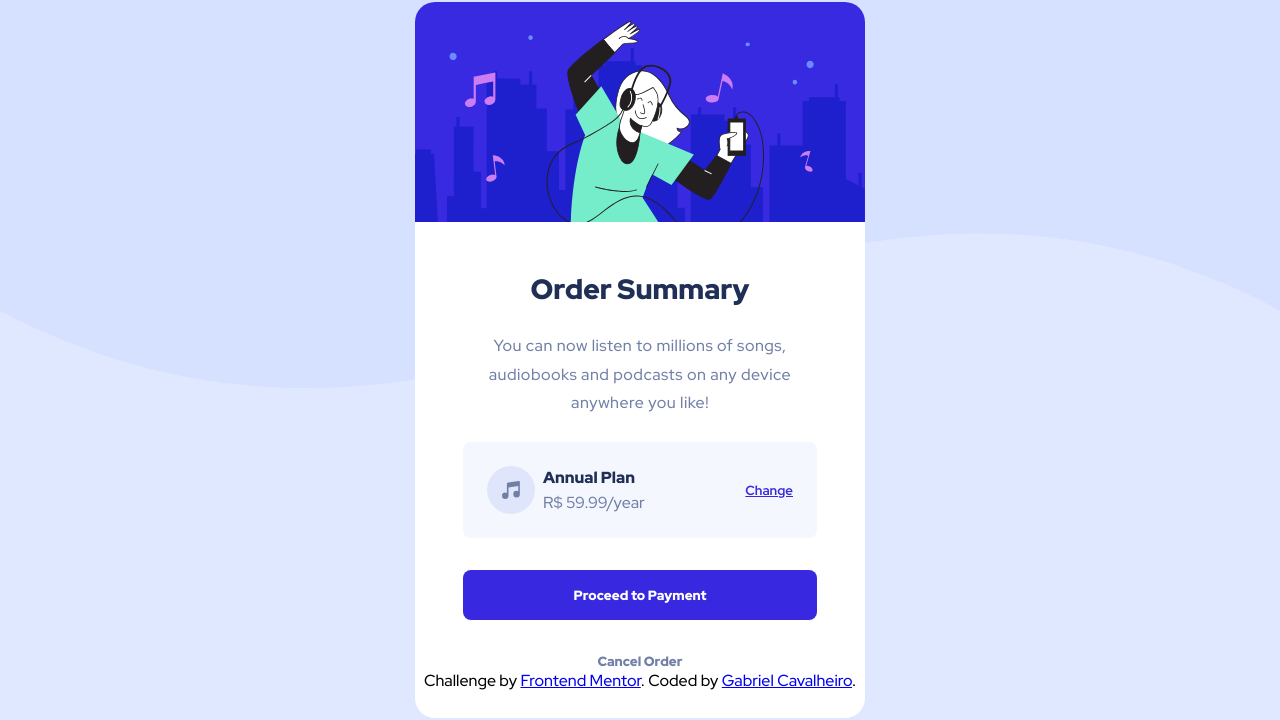
Repository: gccavalheiro/order-summary-card
Page: index.html
The author's editor kept a copy of each file at every save. The page is drawn from the files as they stood at one save, then again after the next save.
The browser window is 1280 px wide. The pictures show the whole page.

Above is the page before, as saved 2021-12-17 02:50:28.

After the next save:
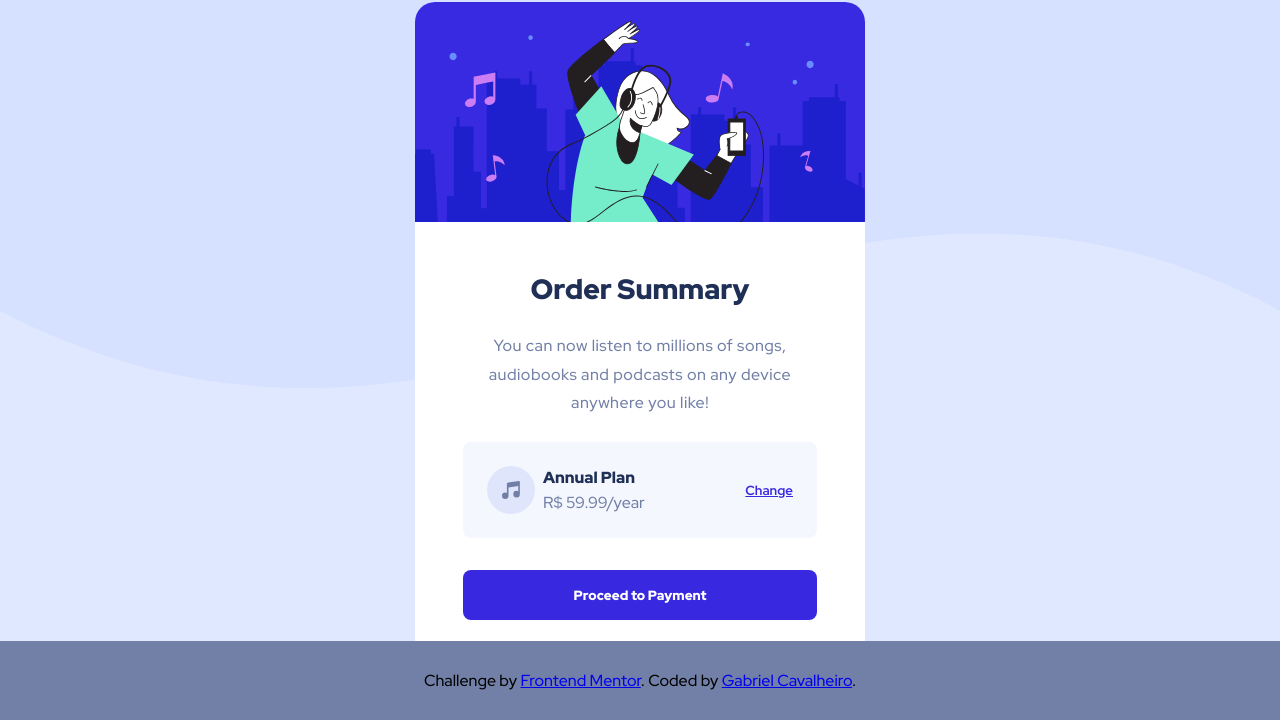
Saved 14 s later.
--- a/assets/css/main.css
+++ b/assets/css/main.css
@@ -190,7 +190,7 @@ footer {
   left: 0;
   bottom: 0;
   width: 100%;
-  background-color: var(--very-darkblue-card-bg);
+  background-color: var(--desaturated-blue);
   padding: 28px 0;
   color: var(--primary-soft-blue);
   text-align: center;
